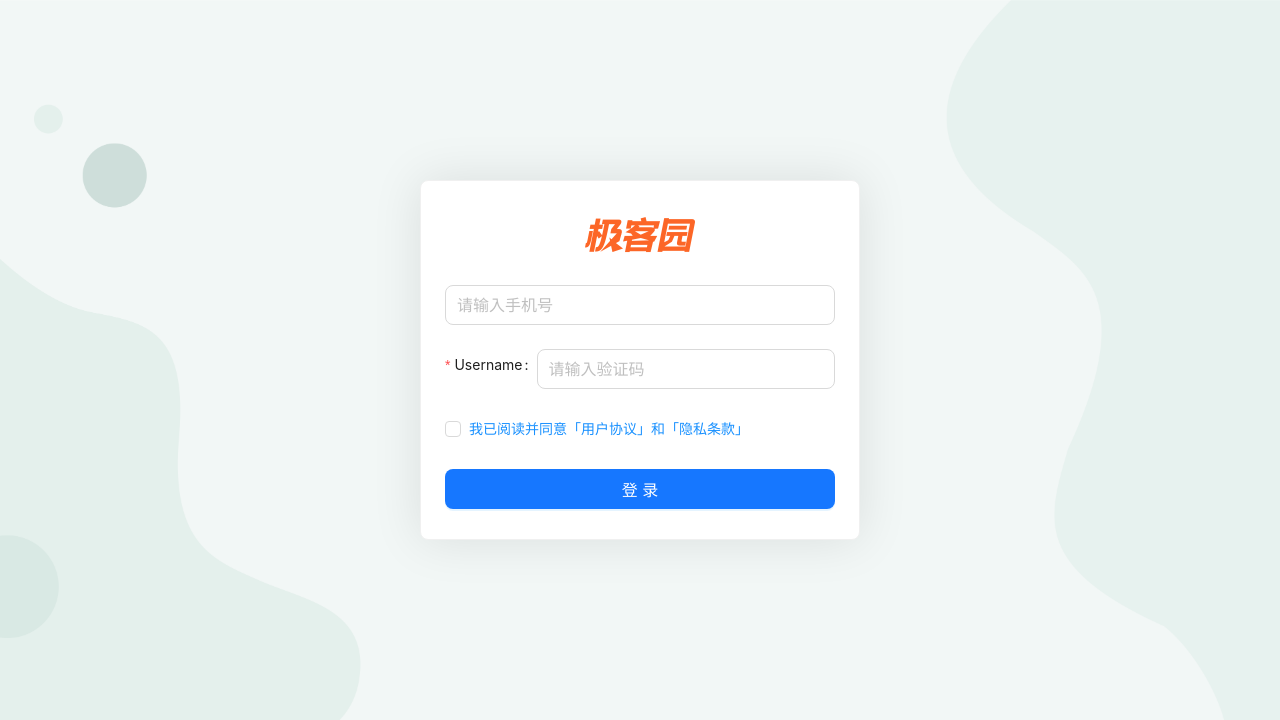
Repository: meizizi66/jike
Page: /login
The author's editor kept a copy of each file at every save. The page is drawn from the files as they stood at one save, then again after the next save.
The browser window is 1280 px wide. The pictures show the whole page.
The project was rebuilt for these pictures with package versions that can differ from the ones it lists, and the page was loaded fresh each time. Also part of the build but not shown: craco.config.js. Imported but missing from the stored project, and not drawn on this page: src/pages/Layout.

Above is the page before, as saved 2024-03-10 17:30:47.

After the next save:
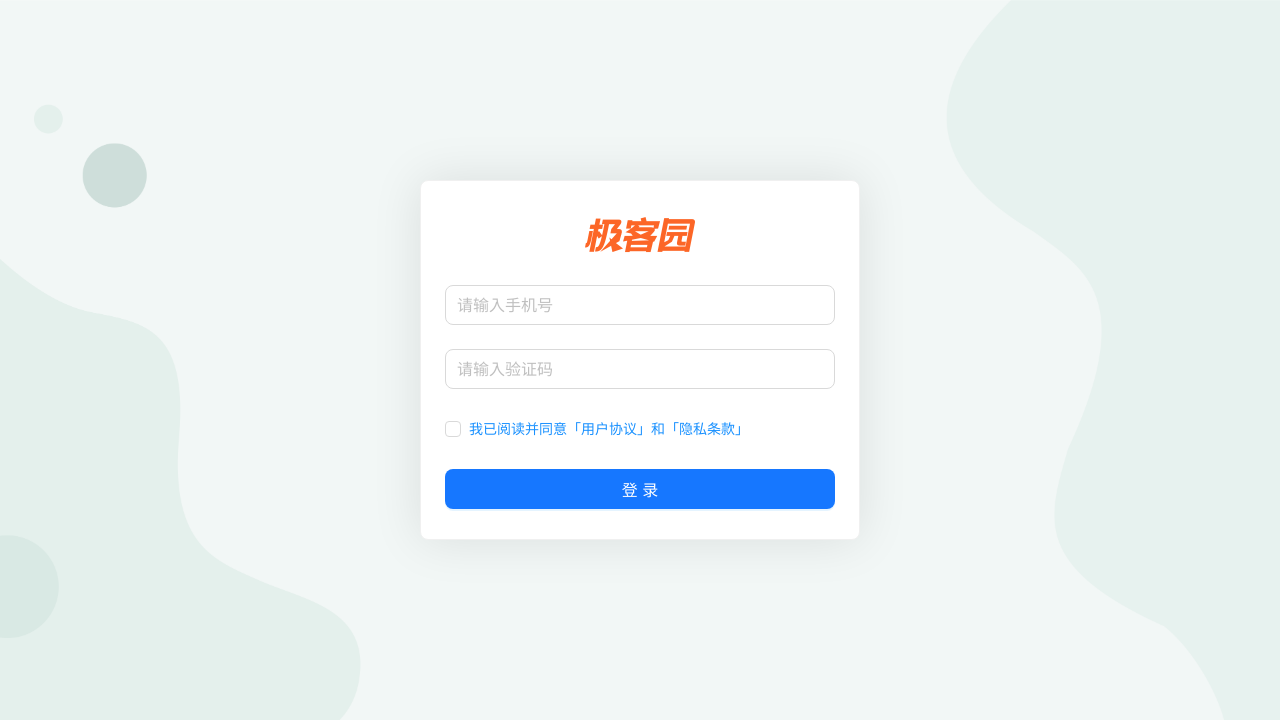
Saved 2 min 4 s later.
--- a/src/pages/Login/index.js
+++ b/src/pages/Login/index.js
@@ -10,7 +10,7 @@ const Login = () => {
                 {/* 登录表单 */}
                 <Form>
                     <Form.Item
-                        name="username"
+                        name="phone"
                         rules={[
                             {
                                 required: true,
@@ -21,12 +21,11 @@ const Login = () => {
                         <Input size="large" placeholder="请输入手机号" />
                     </Form.Item>
                     <Form.Item
-                        label="Username"
-                        name="username"
+                        name="verification"
                         rules={[
                             {
                                 required: true,
-                                message: 'Please input your username!',
+                                message: '请输入验证码',
                             },
                         ]}
                     >
